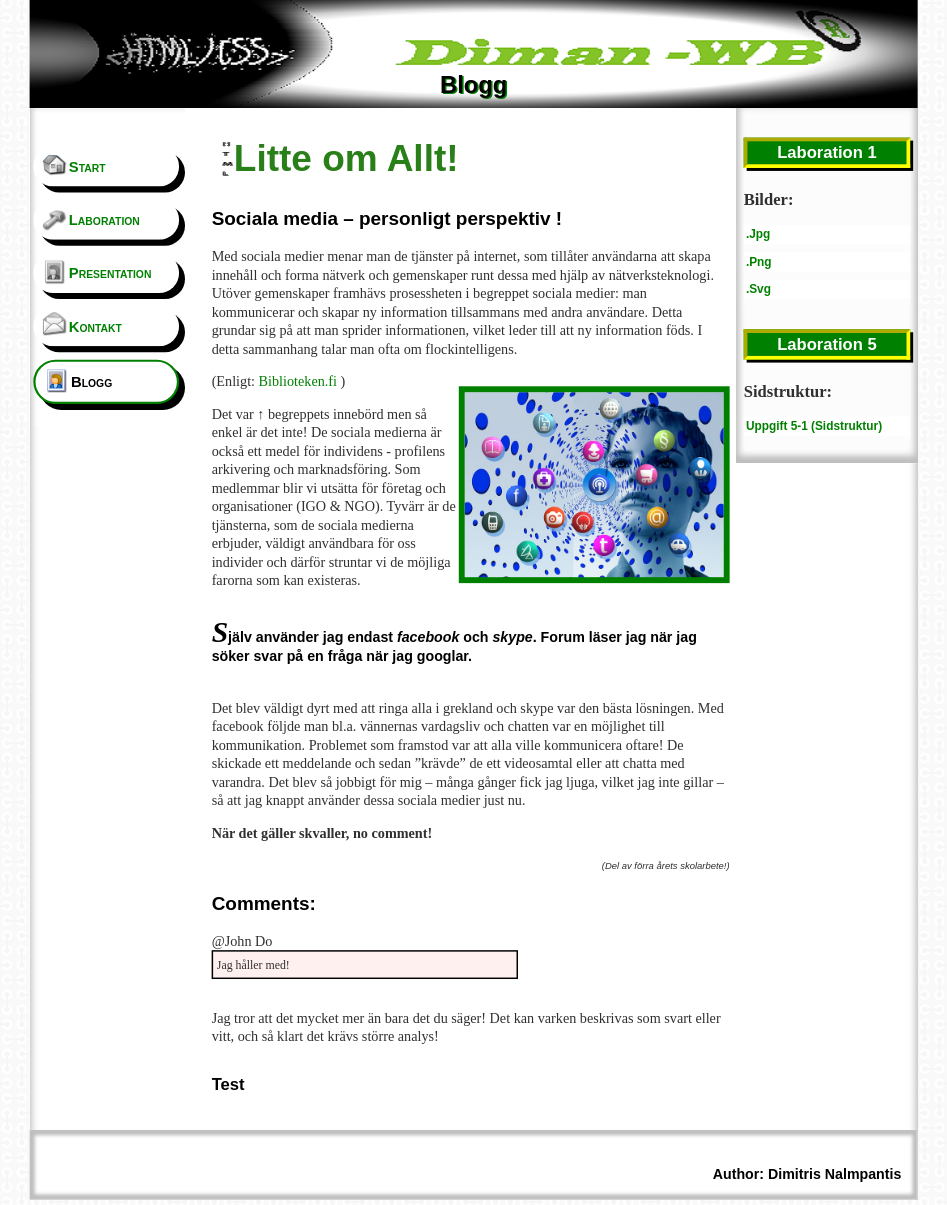
Repository: dn222em/1ik415-laborationer
Page: pages/blogg.html
The author's editor kept a record of every edit. The page is drawn from the files as they stood at one moment, then again after the next edit.
The browser window is 1280 px wide. The pictures show the whole page, at 74% of full size.
Backgrounds fixed to the window are drawn as part of the page.

Above is the page before.

After the next edit:
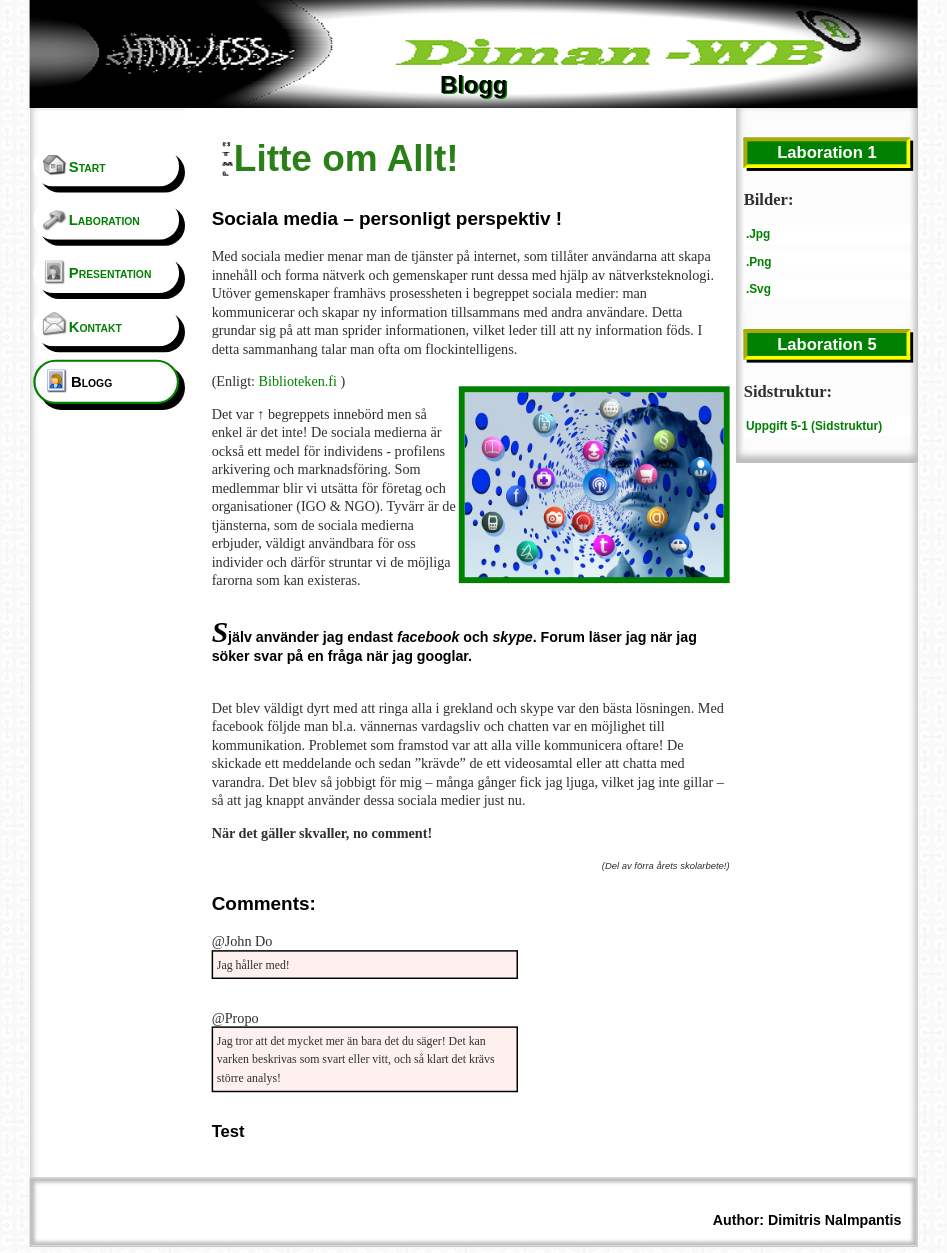
The edit:
--- a/pages/blogg.html
+++ b/pages/blogg.html
@@ -89,7 +89,8 @@
 					<p class="kom">Jag håller med!</p>
 				</section>
 				<section>
-					<p>Jag tror att det mycket mer än bara det du säger! Det kan varken beskrivas som svart eller vitt, och så klart det krävs större analys!</p>
+				<p>@Propo</p>
+					<p class="kom">Jag tror att det mycket mer än bara det du säger! Det kan varken beskrivas som svart eller vitt, och så klart det krävs större analys!</p>
 				</section>
 				</div>
 			<!--/section>
